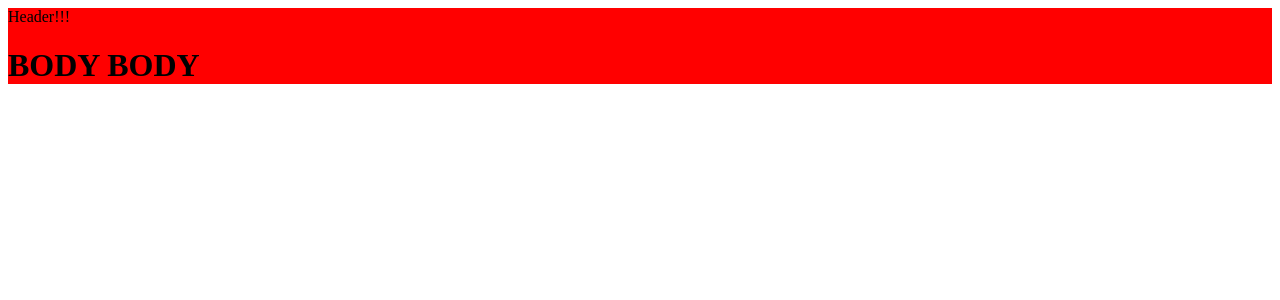
Repository: TakashiYamaguchi2021/samurai_HTML-CSS
Page: header.html
The author's editor kept a record of every edit. The page is drawn from the files as they stood at one moment, then again after the next edit.
The browser window is 1280 px wide. The pictures show the whole page.

Above is the page before.

After the next edit:
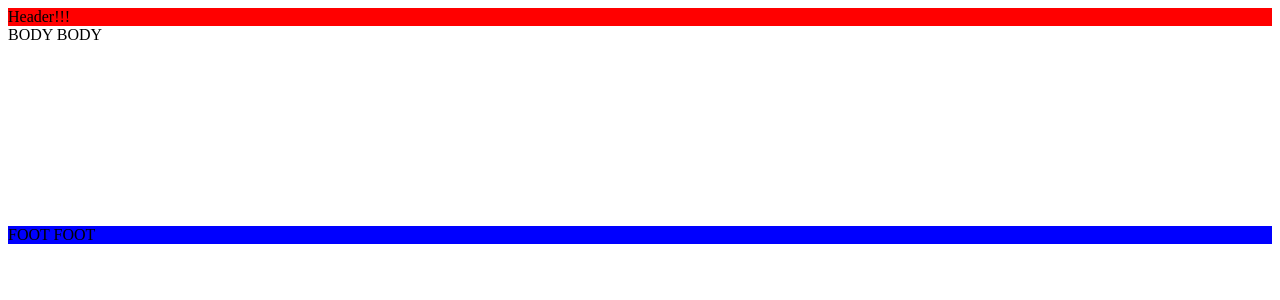
The edit:
--- a/header.html
+++ b/header.html
@@ -18,7 +18,12 @@
     <body>
         <header>
             Header!!!
+        </header>
+        <div class="size">
+            BODY BODY
         </div>
-        <h1>BODY BODY</h1>
+        <footer>
+            FOOT FOOT
+        </footer>
     </body>
 </html>
